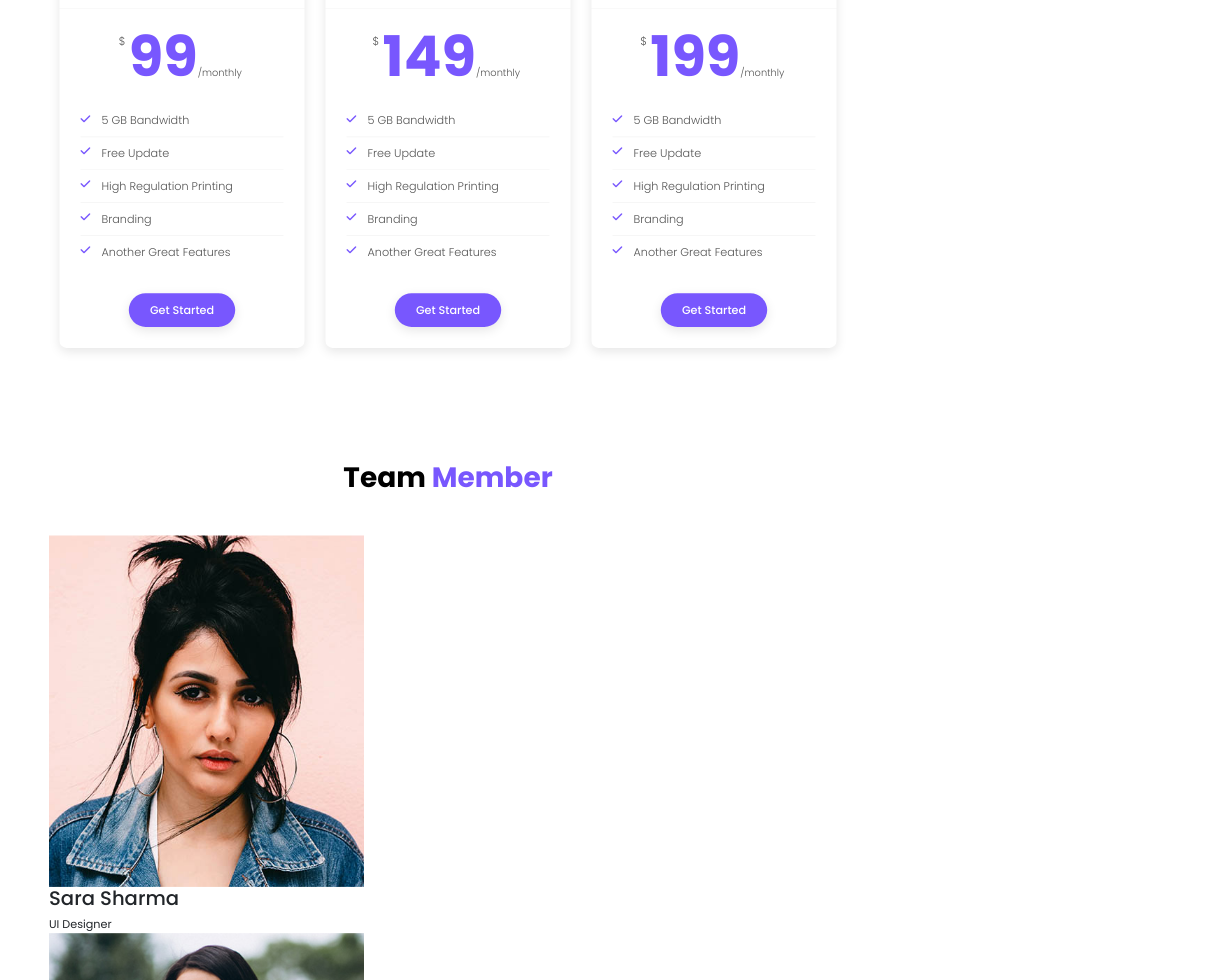
Repository: Mohamed-Hema/Shala-App
Page: index.html
An editor plug-in stored every save of this project. The page is shown before and after the next save, followed by the edit.
The browser window is 1280 px wide. The page is 1280 px wide, then 1757 px, so the pictures cover 1757 px, including what lies to the right of the window. The pictures show the part of the page from y = 5100 to 6500 px (the page is 8789 px tall before and 8683 px after), at 70% of full size.
Backgrounds fixed to the window are drawn as part of the page. Some web libraries are served in a nearby version.

Above is the page before, as saved 2021-02-26 20:47:34.

After the next save:
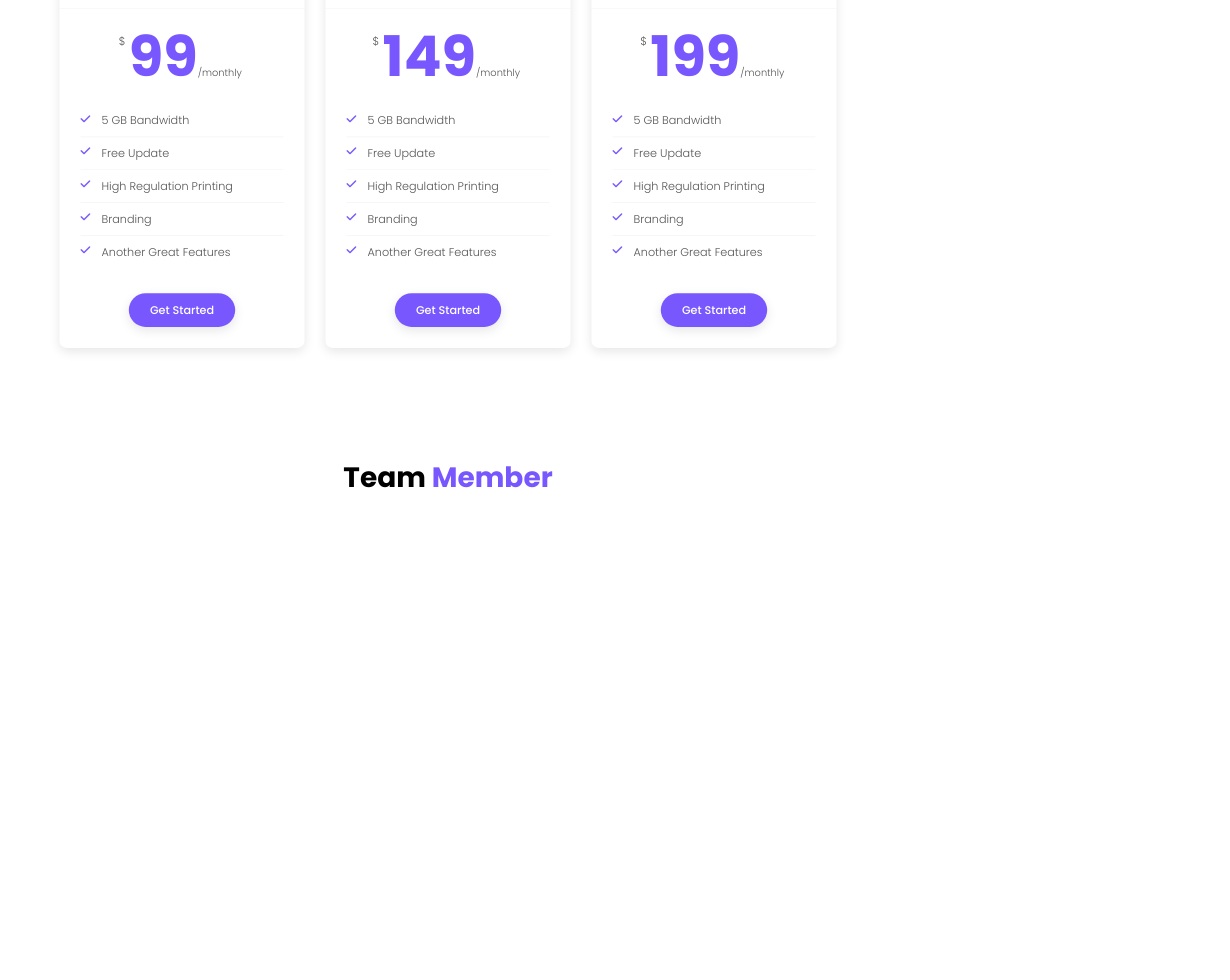
Saved 4 min 17 s later.
--- a/js/main.js
+++ b/js/main.js
@@ -77,4 +77,23 @@ $(document).ready(function() {
             }
         }
     })
+
+    // Team Carousel
+    $('.team-carousel').owlCarousel({
+        loop:true,
+        margin:10,
+        autoplay:true,
+        responsiveClass:true,
+        responsive:{
+            0:{
+                items:1,
+            },
+            600:{
+                items:2,
+            },
+            1000:{
+                items:3,
+            }
+        }
+    })
 });
